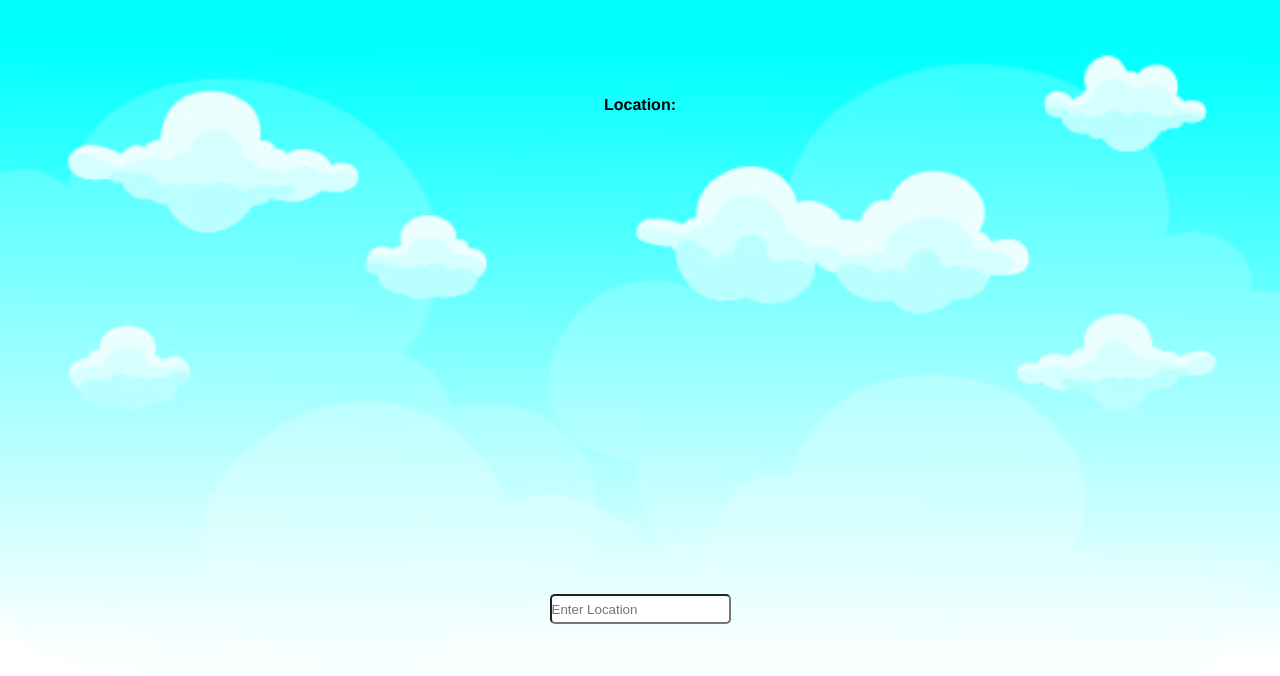
Repository: shaelorch/weather
Page: /
An editor plug-in stored every save of this project. The page is shown before and after a run of saves, followed by the edit.
The browser window is 1280 px wide. The pictures show the whole page.
The project was rebuilt for these pictures with package versions that can differ from the ones it lists, and the page was loaded fresh each time. The framework's server and built-in components were replaced by stand-ins that run in the browser. Also part of the build but not shown: next.config.js.

Above is the page before, as saved 2023-01-17 12:28:46.

After the next 2 saves:
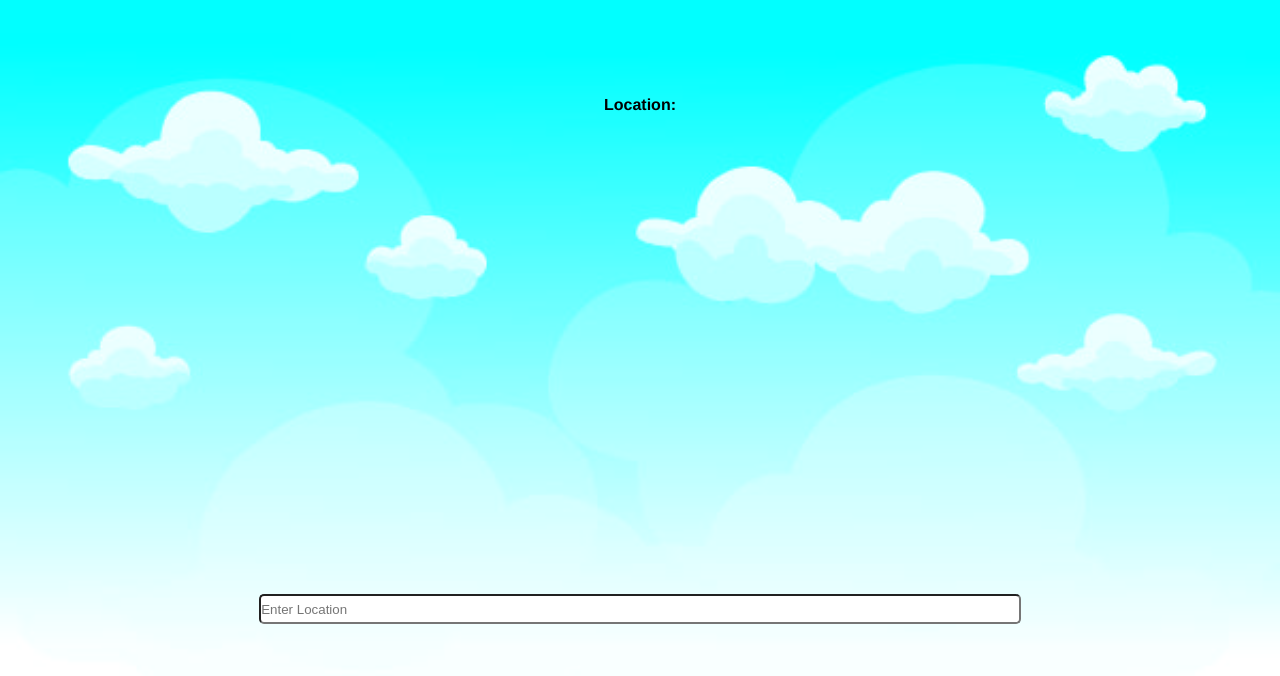
The 2 saves are shown as one change because they came seconds apart.
The last was saved 11 s later.
--- a/styles/Home.module.css
+++ b/styles/Home.module.css
@@ -20,6 +20,7 @@
   border-radius:5px;
   background-color: white;
   height:30px;
+  width:70%;
 }
 
 
